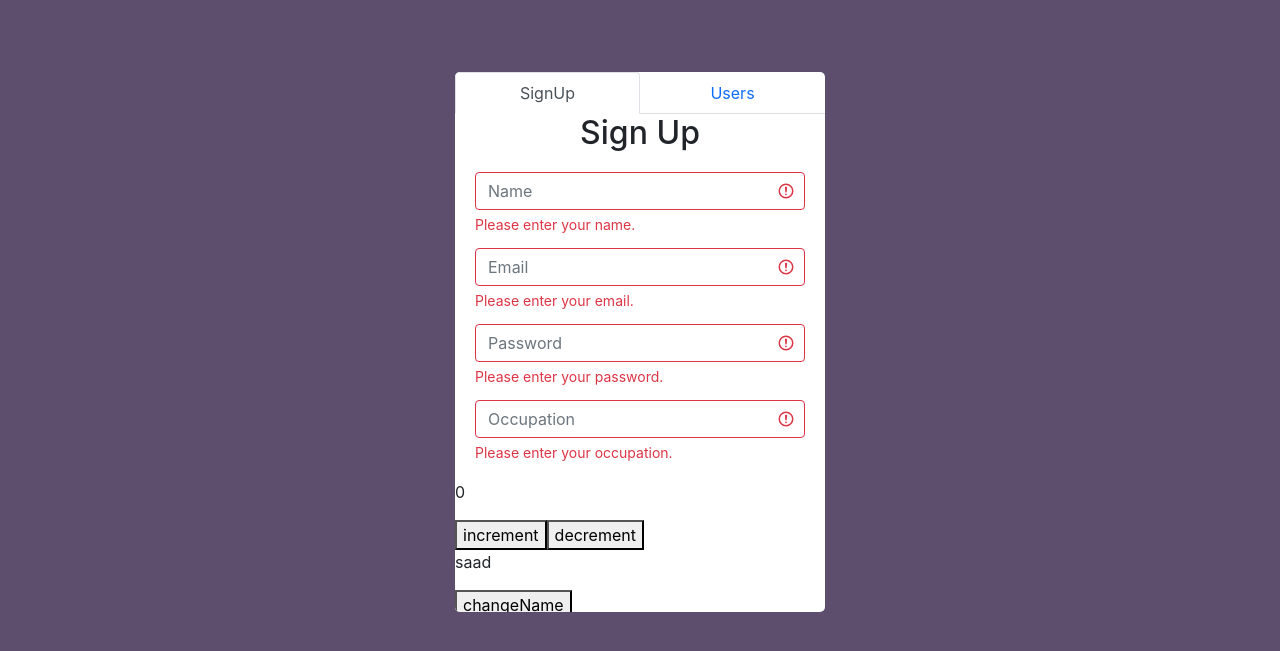
Repository: asadalibest1/SignUp-from
Page: /
An editor plug-in stored every save of this project. The page is shown before and after the next save, followed by the edit.
The browser window is 1280 px wide. The pictures show the whole page.
The project was rebuilt for these pictures with package versions that can differ from the ones it lists, and the page was loaded fresh each time.

Above is the page before, as saved 2021-02-08 12:35:55.

After the next save:
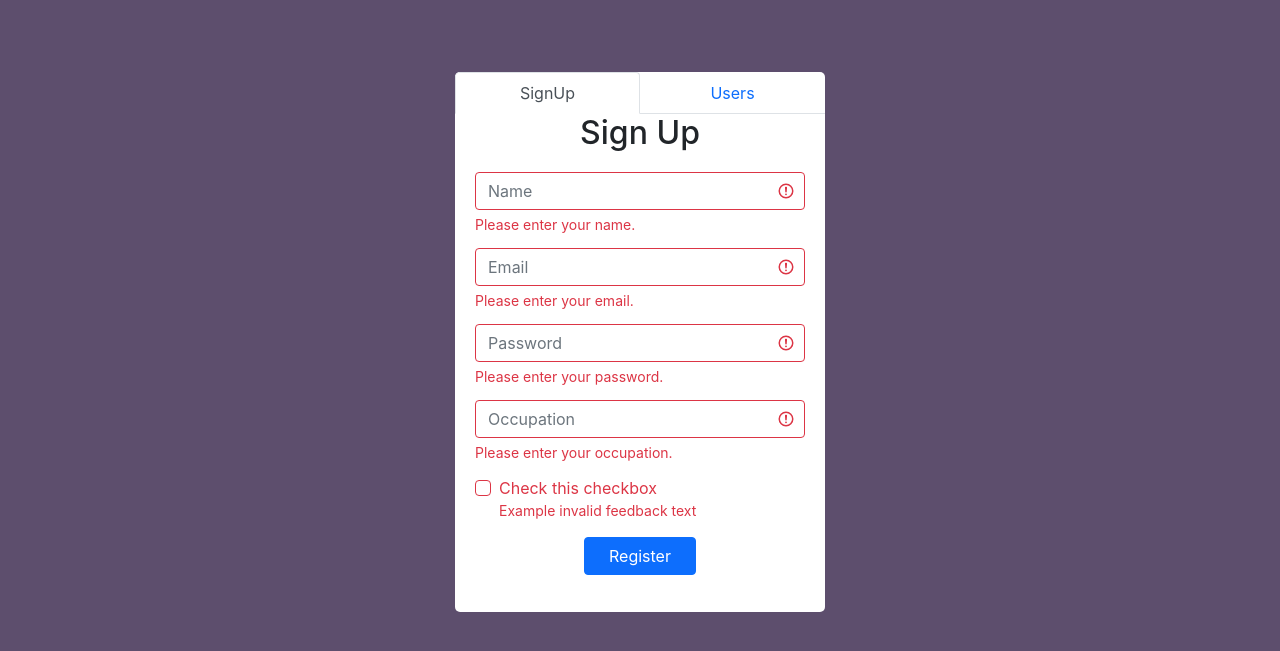
Saved 2 min 45 s later.
--- a/src/components/SignUp/SignUp.js
+++ b/src/components/SignUp/SignUp.js
@@ -52,7 +52,7 @@ export default function SignUp() {
     </div>
   </div>
 
-{/*
+
   <div className="radioButton form-check mb-3">
     <input type="checkbox" className="form-check-input" id="validationFormCheck1" required />
     <label className="form-check-label" for="validationFormCheck1">Check this checkbox</label>
@@ -64,15 +64,15 @@ export default function SignUp() {
     <button className="btn btn-primary px-4" type="submit"
         onClick={() => dispatch(increment())}
     >Register</button>
-  </div> */}
+  </div>
 </form>
-<p>{count}</p>
+
+{/* <p>{count}</p>
 <button onClick={() => dispatch(increment(count+1))} >increment</button>
+<button onClick={() => dispatch(decrement(count-1))} >decrement</button>
+<p>{Name}</p>
+<button onClick={() => dispatch(changeName("sharif"))} >changeName</button> */}
 
-<button onClick={() => dispatch(decrement(count-1))} >decrement</button>
-
-<p>{Name}</p>
-<button onClick={() => dispatch(changeName("sharif"))} >changeName</button>
-        </div>
+  </div>
     )
 }
